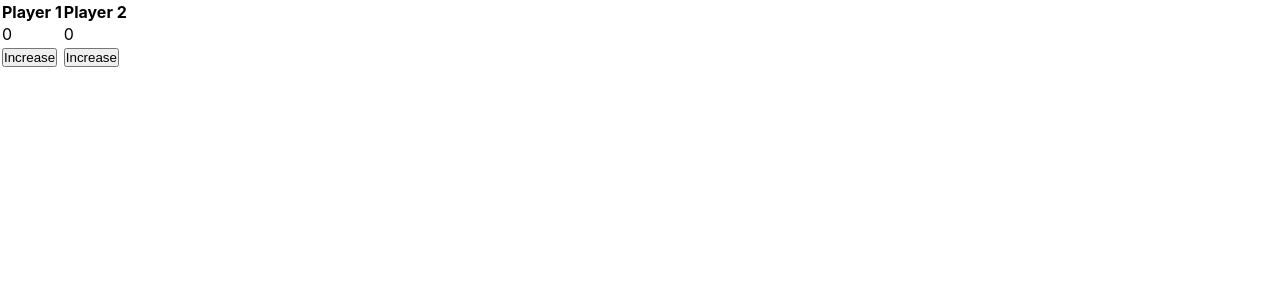
Repository: react-for-web-developers/02-intro-to-react
Page: / (app in exercises/score-counter/)
These files come from the project's save history. The page is drawn as it stood at one moment and after a run of saves; the edit follows.
The browser window is 1280 px wide. The pictures show the whole page.
The project was rebuilt for these pictures with package versions that can differ from the ones it lists, and the page was loaded fresh each time.

Above is the page before, as saved 2021-10-10 21:07:12.

After the next 3 saves:
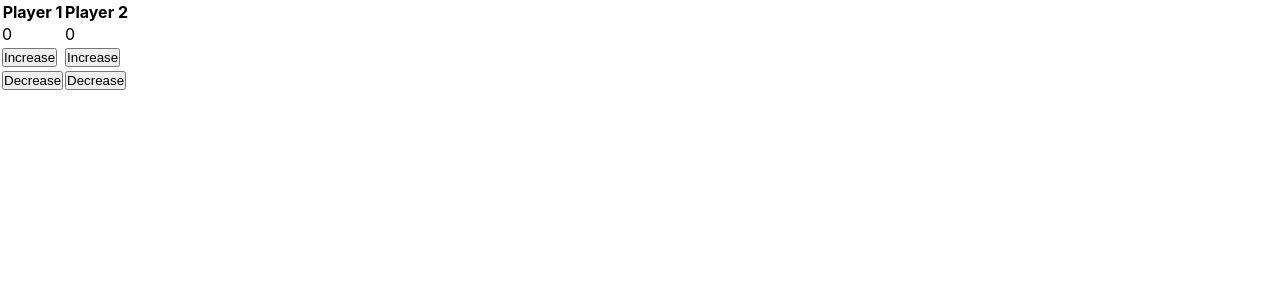
The 3 saves are shown as one change because they came seconds apart.
The last was saved 46 s later.
--- a/exercises/score-counter/src/App.js
+++ b/exercises/score-counter/src/App.js
@@ -19,6 +19,10 @@ function App() {
           <td><button>Increase</button></td>
           <td><button>Increase</button></td>
         </tr>
+        <tr>
+          <td><button>Decrease</button></td>
+          <td><button>Decrease</button></td>
+        </tr>
       </table>
     </div>
   );
